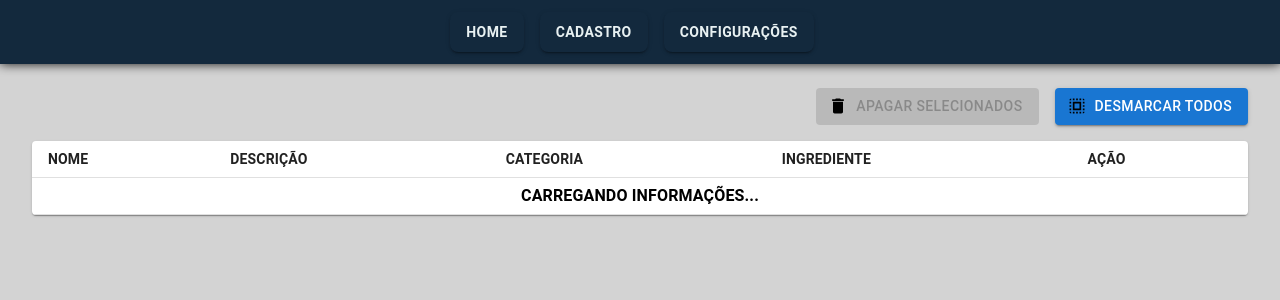
Repository: oZanella/projeto_windel_web_CRM
Page: /
The author's editor kept a copy of each file at every save. The page is drawn from the files as they stood at one save, then again after the next save.
The browser window is 1280 px wide. The pictures show the whole page.
The page's requests for data from a server got no answer. The project was rebuilt for these pictures with package versions that can differ from the ones it lists, and the page was loaded fresh each time. No one was signed in, and anything a server would have sent is missing. Also part of the build but not shown: vite.config.js, src/routes/Configuracoes.jsx. Imported but missing from the stored project, and not drawn on this page: src/routes/Cadastro.jsx.

Above is the page before, as saved 2024-08-19 10:47:03.

### index.html
<!doctype html>
<html lang="en">

<head>
  <meta charset="UTF-8" />
  <link rel="icon" type="image/svg+xml" href="./src/image/LogoWindel.svg" />
  <link rel="stylesheet" href="src/style/GlobalStyles.css" />
  <link href="https://fonts.googleapis.com/css2?family=Playfair+Display&display=swap" rel="stylesheet">

  <meta name="viewport" content="width=device-width, initial-scale=1.0" />
  <title>Projeto Teste - CRM </title>
</head>

<body>
  <div id="root"></div>
  <script type="module" src="/src/main.jsx"></script>
</body>

</html>

### src/style/GlobalStyles.css
:root {
  --click: #7fa8c4;
  --primary: #E8F1F2;
  --darkblue: #13293D;
  --darkblue2: #1b3752;
  --secondary: #000000;
  --ligthblue: #1b98e0;
  --animation: #006494;
  --ligthkgrey: #D3D3D3;
  --blueceledron: #247ba0;
  --delete: #FF0000;
}

* {
    color: var(--secondary);
}

body {
  background-color: var(--ligthkgrey);
}

### src/main.jsx
import { createBrowserRouter, RouterProvider, Navigate } from "react-router-dom"
import { createRoot } from 'react-dom/client'
import { StrictMode } from 'react'
import { App } from './App.jsx'

import './style/GlobalStyles.css'

//páginas do projeto
import { Cadastro } from './routes/Cadastro.jsx'
import { Home } from './routes/Home.jsx'
import { Configuracoes } from './routes/configuracoes.jsx'

const router = createBrowserRouter([
  {
    element: <App />,
    children: [
      {
        path: '/',
        element: <Navigate to="/home" replace />,
      },
      {
        path: '/home',
        element: <Home />,
      },
      {
        path: '/cadastro',
        element: <Cadastro />,
      },
      {
        path: '/configuracoes',
        element: <Configuracoes />,
      },
    ],
  },
])

createRoot(document.getElementById('root')).render(
  <StrictMode>
    <RouterProvider router={router} />
  </StrictMode>,
)

### src/App.jsx
import { Header } from './components/Header'
import { Outlet } from 'react-router-dom'
import { Box } from '@mui/material'
import './style/GlobalStyles.css'

export function App() {
  return (
    <Box sx={{ p: { xs: 2, sm: 3 }, marginTop: { xs: 8, sm: 8 } }}>
      <Header />
      <Box>
        <Outlet />
      </Box>
    </Box>
  );
}

### src/routes/Home.jsx
import React, { useEffect, useState } from 'react';
import { Box, TextField, Button, Dialog, DialogActions, DialogContent, DialogTitle, Select, MenuItem, FormControl, InputLabel } from '@mui/material';

import { handleShowDetails, handleEdit, handleSave, handleInputChange } from '../components/Handle';
import { CardDados } from '../components/TableHome';

import { blogFetch } from '../axios/config';


export const Home = () => {
  const [posts, setPosts] = useState([]);
  const [selectInfo, setSelectInfo] = useState(null);
  const [modeEdit, setModeEdit] = useState(null);
  const [dataEdit, setDataEdit] = useState({});
  const [openAddDialog, setOpenAddDialog] = useState(false);
  const [newPost, setNewPost] = useState({ name: '', description: '', category: '' });

  const getPosts = async () => {
    try {
      const response = await blogFetch.get("/recipe");
      const uniqueData = response.data.filter((value, index, self) =>
        index === self.findIndex((t) => t.id === value.id)
      );
      setPosts(uniqueData); // Garante que não tenha dados duplicados
    } catch (error) {
      console.log(error);
    }
  };

  useEffect(() => {
    getPosts();
  }, []);

  const handleDelete = async (postId) => {
    try {
      await blogFetch.delete(`/recipe/${postId}`);
      setPosts(posts.filter(post => post.id !== postId));
      console.log('Post deletado com sucesso');
    } catch (error) {
      console.error('Erro ao deletar o post', error);
    }
  };

  const handleAddOpen = () => setOpenAddDialog(true);
  const handleAddClose = () => setOpenAddDialog(false);

  {/* API para envio do novo registro*/ }
  const handleAdd = async () => {
    try {
      const newPostFormatted = {
        name: newPost.name,
        description: newPost.description,
        ingredients: [],
        category: newPost.category,
        isFavorite: newPost.isFavorite
      };

      const response = await blogFetch.post("/recipe", newPostFormatted);
      setPosts([...posts, response.data]);
      setNewPost({ name: '', description: '', category: '', isFavorite: false });
      handleAddClose();
      console.log('Post adicionado com sucesso');
    } catch (error) {
      console.error('Erro ao adicionar o post', error);
    }
  };

  return (
    <Box>
      {/* Dados para Adicionar Novo Registro */}
      <Dialog open={openAddDialog} onClose={handleAddClose}>
        <DialogTitle>Adicionar Novo Registro</DialogTitle>
        <DialogContent>
          <TextField
            name="name"
            label="Nome"
            value={newPost.name}
            onChange={(e) => setNewPost({ ...newPost, name: e.target.value })}
            fullWidth
            sx={{ marginBottom: 2 }}
          />
          <TextField
            name="description"
            label="Descrição"
            value={newPost.description}
            onChange={(e) => setNewPost({ ...newPost, description: e.target.value })}
            fullWidth
            sx={{ marginBottom: 2 }}
          />
          <TextField
            name="category"
            label="Categoria"
            value={newPost.category}
            onChange={(e) => setNewPost({ ...newPost, category: e.target.value })}
            fullWidth
            sx={{ marginBottom: 2 }}
          />
          <FormControl fullWidth sx={{ marginBottom: 2 }}>
            <InputLabel>Favorito</InputLabel>
            <Select
              name="isFavorite"
              value={newPost.isFavorite}
              onChange={(e) => setNewPost({ ...newPost, isFavorite: e.target.value })}
              label="Favorito"
            >
              <MenuItem value={true}>Sim</MenuItem>
              <MenuItem value={false}>Não</MenuItem>

            </Select>
          </FormControl>
        </DialogContent>
        <DialogActions>
          <Button onClick={handleAddClose}>Cancelar</Button>
          <Button onClick={handleAdd}>Adicionar</Button>
        </DialogActions>
      </Dialog>

      <CardDados
        posts={posts}
        handleDelete={handleDelete}
        handleEdit={handleEdit}
        handleSave={handleSave}
        modeEdit={modeEdit}
        setModeEdit={setModeEdit}
        dataEdit={dataEdit}
        setDataEdit={setDataEdit}
        handleInputChange={handleInputChange}
        selectInfo={selectInfo}
        setSelectInfo={setSelectInfo}
        handleShowDetails={handleShowDetails}
      />
    </Box>
  );
};

### src/components/Header.jsx
import { AppBar, Toolbar, Typography, Box, Button, IconButton } from '@mui/material';
import Logo from '../image/LogoWindel.svg';
import { Link } from 'react-router-dom';
import React from 'react';

export const Header = () => {
  return (

    // Header fundo 1 //
    <AppBar
      position="fixed"
      sx={{
        width: '100%',
        boxShadow: '0px 0.01px 11px var(--secondary)',
        top: 0,
        left: 0,
      }}
    >

      {/* Header fundo 2 */}
      <Toolbar
        sx={{
          display: 'flex',
          alignItems: 'center',
          padding: { xs: '0px', sm: '0px' },
          justifyContent: 'space-between',
          height: '64px',
          minHeight: '64px',
          backgroundColor: 'var(--darkblue)',
          boxSizing: 'border-box',
        }}
      >

        {/* Botões */}
        <Box
          sx={{
            mr: { xs: 0, sm: 2 },
            gap: 2,
            display: 'flex',
            alignItems: 'center',
            flexGrow: { xs: 1, sm: 1},
            justifyContent: { xs: 'center' },
            '& .MuiButton-root': {
              backgroundColor: 'transparent',
              color: 'var(--primary)',
              borderRadius: '8px',
              padding: '8px 16px',
              fontWeight: 'bold',
              textTransform: 'uppercase',
              transition: 'background-color 0.3s, transform 0.3s',

              // Animação
              '&:hover': {
                backgroundColor: 'var(--animation)',
                transform: 'scale(1.07)',
              },
              '&:active': {
                backgroundColor: 'var(--click)',
              },
            },
          }}
        >
          <Button variant="contained" component={Link} to={`/home`}>Home</Button>
          <Button variant="contained" component={Link} to={`/cadastro`}>Cadastro</Button>
          <Button variant="contained" component={Link} to={`/configuracoes`}>Configurações</Button>
        </Box>
      </Toolbar>
    </AppBar>
  );
};

### src/components/Handle.jsx

import { blogFetch } from '../axios/config';


export const handleShowDetails = (post, setSelectInfo, selectInfo) => {
  if (selectInfo?.id === post.id) {
    setSelectInfo(null); // Fecha se já estiver aberto
  } else {
    setSelectInfo(post); // Abre o post atual
  }
};

export const handleEdit = (post, setModeEdit, setDataEdit) => {
  setModeEdit(post.id);
  setDataEdit(post);
};

//continua com erro, verificar!!
export const handleSave = async (postId, updateData) => {
  try {
    // Envie uma requisição PUT ou POST para salvar os dados atualizados
    const response = await blogFetch.put(`/blogFetch/posts/${postId}`, updateData);
    console.log('Dados salvos com sucesso', response.data);

  } catch (error) {
    console.error('Erro de API', error);
  }
};

export const handleInputChange = (e, setDataEdit) => {
  setDataEdit(prevDataEdit => ({ ...prevDataEdit, [e.target.name]: e.target.value }));
};

### src/components/TableHome.jsx
import React, { useState, useEffect } from 'react';
import {
  Table, TableBody, TableCell, TableContainer, TableHead, TableRow, Typography, Box, Button, IconButton, TextField, Dialog, DialogContent, DialogActions, FormControlLabel, Switch, Chip, Paper, Checkbox
} from '@mui/material';
import EditIcon from '@mui/icons-material/Edit';
import SaveIcon from '@mui/icons-material/Save';
import AddIcon from '@mui/icons-material/Add';
import CloseIcon from '@mui/icons-material/Close';
import DeleteIcon from '@mui/icons-material/Delete';
import SelectAllIcon from '@mui/icons-material/SelectAll';
import axios from 'axios';

const API_BASE_URL = 'https://teste-tecnico-front-api.up.railway.app';

export const CardDados = ({
  posts, setPosts, handleDelete
}) => {
  const [openModal, setOpenModal] = useState(false);
  const [currentPost, setCurrentPost] = useState(null);
  const [dataEdit, setDataEdit] = useState({});
  const [newIngredient, setNewIngredient] = useState('');
  const [selectedPosts, setSelectedPosts] = useState([]);

  useEffect(() => {
    if (currentPost) {
      setDataEdit({ ...currentPost });
    }
  }, [currentPost]);

  const handleEditOpen = (post) => {
    setCurrentPost(post);
    setOpenModal(true);
  };

  const handleEditClose = () => {
    setOpenModal(false);
    setCurrentPost(null);
    setNewIngredient('');
  };

  const handleSaveModal = async () => {
    if (currentPost) {
      try {
        await axios.put(`${API_BASE_URL}/posts/${currentPost.id}`, dataEdit);
        const response = await axios.get(`${API_BASE_URL}/posts`);
        setPosts(response.data);
        handleEditClose();
      } catch (error) {
        console.error('Error ao salvar:', error);
      }
    }
  };

  const handleAddIngredient = () => {
    if (newIngredient.trim() !== '') {
      setDataEdit((prevData) => ({
        ...prevData,
        ingredients: [...(prevData.ingredients || []), newIngredient.trim()],
      }));
      setNewIngredient('');
    }
  };

  const handleRemoveIngredient = (ingredientToRemove) => {
    setDataEdit((prevData) => ({
      ...prevData,
      ingredients: (prevData.ingredients || []).filter((ingredient) => ingredient !== ingredientToRemove),
    }));
  };

  const handleSelectAll = () => {
    if (selectedPosts.length === posts.length) {
      setSelectedPosts([]); // Deselect all
    } else {
      setSelectedPosts(posts.map(post => post.id)); // Select all
    }
  };

  const handleDeleteSelected = async () => {
    try {
      await Promise.all(selectedPosts.map(id => axios.delete(`${API_BASE_URL}/posts/${id}`)));
      const response = await axios.get(`${API_BASE_URL}/posts`);
      setPosts(response.data);
      setSelectedPosts([]);
    } catch (error) {
      console.error('Error ao apagar os registros:', error);
    }
  };

  const handleSelectPost = (id) => {
    setSelectedPosts(prevSelected =>
      prevSelected.includes(id)
        ? prevSelected.filter(postId => postId !== id)
        : [...prevSelected, id]
    );
  };

  return (
    <>
      <Box sx={{ display: 'flex', justifyContent: 'flex-end', mb: 2 }}>
        <Button
          variant="contained"
          color="error"
          startIcon={<DeleteIcon />}
          onClick={handleDeleteSelected}
          disabled={selectedPosts.length === 0}
          sx={{ marginRight: 2 }}
        >
          Apagar Selecionados
        </Button>
        <Button
          variant="contained"
          color="primary"
          startIcon={<SelectAllIcon />}
          onClick={handleSelectAll}
        >
          {selectedPosts.length === posts.length ? 'Desmarcar Todos' : 'Selecionar Todos'}
        </Button>
      </Box>

      {/* Tabela aonde aparece os dados */}
      <TableContainer component={Paper} sx={{ overflowX: 'auto' }}>
        <Table size='small'>
          <TableHead>
            <TableRow>
              <TableCell sx={{ fontWeight: 'bold', textTransform: 'uppercase' }}>Nome</TableCell>
              <TableCell sx={{ fontWeight: 'bold', textTransform: 'uppercase' }}>Descrição</TableCell>
              <TableCell sx={{ fontWeight: 'bold', textTransform: 'uppercase' }}>Categoria</TableCell>
              <TableCell sx={{ fontWeight: 'bold', textTransform: 'uppercase' }}>Ingrediente</TableCell>
              <TableCell sx={{ fontWeight: 'bold', textTransform: 'uppercase' }}>Ação</TableCell>
            </TableRow>
          </TableHead>
          <TableBody>
            {posts.length === 0 ? (
              <TableRow>
                <TableCell colSpan={5} align="center">
                  <Typography variant="body1" sx={{ fontWeight: 'bold', textTransform: 'uppercase' }}>Carregando informações...</Typography>
                </TableCell>
              </TableRow>
            ) : (
              posts.map((post) => (
                <TableRow sx={{ height: 'auto' }} key={post.id}>
                  <TableCell sx={{ padding: '8px' }}>
                    {post.name}
                  </TableCell>
                  <TableCell sx={{ padding: '8px' }}>{post.description}</TableCell>
                  <TableCell sx={{ padding: '8px' }}>{post.category}</TableCell>

                  <TableCell sx={{ padding: '8px' }}>
                    <Box sx={{
                      display: 'flex',
                      flexWrap: 'wrap',
                      overflowX: 'auto',
                      gap: 1,
                      width: '100%',
                    }}>
                      {post.ingredients && post.ingredients.length > 0 ? (
                        post.ingredients.map((ingredient) => (
                          <Box
                            key={ingredient.id}
                            sx={{
                              display: 'flex',
                              flexDirection: 'column',
                              alignItems: 'flex-start',
                              marginRight: 1,
                              marginBottom: 1,
                            }}
                          >
                            <Typography variant="body1">{ingredient.name}</Typography>
                            <Typography variant="body2" color="textSecondary">
                              Quantidade: {ingredient.quantity}
                            </Typography>
                          </Box>
                        ))
                      ) : (
                        <Typography variant="body2">Nenhum ingrediente disponível</Typography>
                      )}
                    </Box>
                  </TableCell>

                  <TableCell>
                    <Box sx={{ display: 'flex', alignItems: 'center' }}>
                      <Checkbox
                        checked={selectedPosts.includes(post.id)}
                        onChange={() => handleSelectPost(post.id)}
                        color="primary"
                      />
                      <IconButton
                        color="primary"
                        onClick={() => handleEditOpen(post)}
                        sx={{ mr: 1 }}
                      >
                        <EditIcon />
                      </IconButton>
                      <IconButton
                        color="error"
                        onClick={() => handleDelete(post.id)}
                      >
                        <DeleteIcon />
                      </IconButton>
                    </Box>
                  </TableCell>
                </TableRow>
              ))
            )}
          </TableBody>
        </Table>
      </TableContainer>

      {/* Modal de edição */}
      <Dialog open={openModal} onClose={handleEditClose} fullWidth maxWidth="sm">
        <DialogContent>
          {currentPost && (
            <Box component="form" sx={{ display: 'flex', flexDirection: 'column', gap: 2 }}>
              <TextField
                name="name"
                label="Nome"
                value={dataEdit.name || ''}
                onChange={(e) => setDataEdit({ ...dataEdit, name: e.target.value })}
                fullWidth
                sx={{ marginBottom: 2 }}
              />
              <TextField
                name="description"
                label="Descrição"
                value={dataEdit.description || ''}
                onChange={(e) => setDataEdit({ ...dataEdit, description: e.target.value })}
                fullWidth
                sx={{ marginBottom: 2 }}
              />
              <TextField
                name="category"
                label="Categoria"
                value={dataEdit.category || ''}
                onChange={(e) => setDataEdit({ ...dataEdit, category: e.target.value })}
                fullWidth
                sx={{ marginBottom: 2 }}
              />
              <FormControlLabel
                control={
                  <Switch
                    checked={dataEdit.isFavorite || false}
                    onChange={(e) => setDataEdit({ ...dataEdit, isFavorite: e.target.checked })}
                    name="isFavorite"
                    color="primary"
                  />
                }
                label="Favorito"
                sx={{ marginTop: 1 }}
              />
              <Box sx={{ marginTop: 2 }}>
                <Typography variant="h6" sx={{ mb: 1 }}>Ingredientes</Typography>
                {dataEdit.ingredients && dataEdit.ingredients.map((ingredient, index) => (
                  <Chip
                    key={index}
                    label={`${ingredient.name} (${ingredient.quantity})`}
                    onDelete={() => handleRemoveIngredient(ingredient)}
                    sx={{ marginRight: 1, marginBottom: 1 }}
                    deleteIcon={<CloseIcon />}
                  />
                ))}
                <Box sx={{ display: 'flex', alignItems: 'center', mt: 2 }}>
                  <TextField
                    value={newIngredient}
                    onChange={(e) => setNewIngredient(e.target.value)}
                    label="Novo ingrediente"
                    variant="outlined"
                    size="small"
                    sx={{ marginRight: 1 }}
                  />
                  <Button
                    variant="contained"
                    color="primary"
                    onClick={handleAddIngredient}
                    startIcon={<AddIcon />}
                  >
                    Adicionar
                  </Button>
                </Box>
              </Box>
            </Box>
          )}
        </DialogContent>
        <DialogActions>
          <Button onClick={handleEditClose} color="inherit">
            Cancelar
          </Button>
          <Button
            onClick={handleSaveModal}
            color="primary"
            variant="contained"
            startIcon={<SaveIcon />}
          >
            Salvar
          </Button>
        </DialogActions>
      </Dialog>
    </>
  );
};

### src/axios/config.jsx
// src/axios/config.js
import axios from 'axios';

export const blogFetch = axios.create({
  baseURL: 'https://teste-tecnico-front-api.up.railway.app',
  headers: {
    'Content-Type': 'application/json',
  },
});

After the next save:
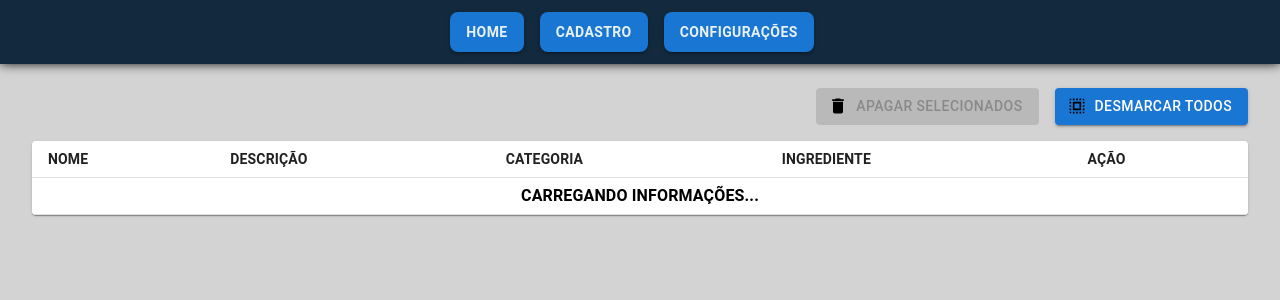
Saved 4 s later.
--- a/src/components/Header.jsx
+++ b/src/components/Header.jsx
@@ -41,7 +41,7 @@ export const Header = () => {
             flexGrow: { xs: 1, sm: 1},
             justifyContent: { xs: 'center' },
             '& .MuiButton-root': {
-              backgroundColor: 'transparent',
+              backgroundColor: 'darkblue2',
               color: 'var(--primary)',
               borderRadius: '8px',
               padding: '8px 16px',
